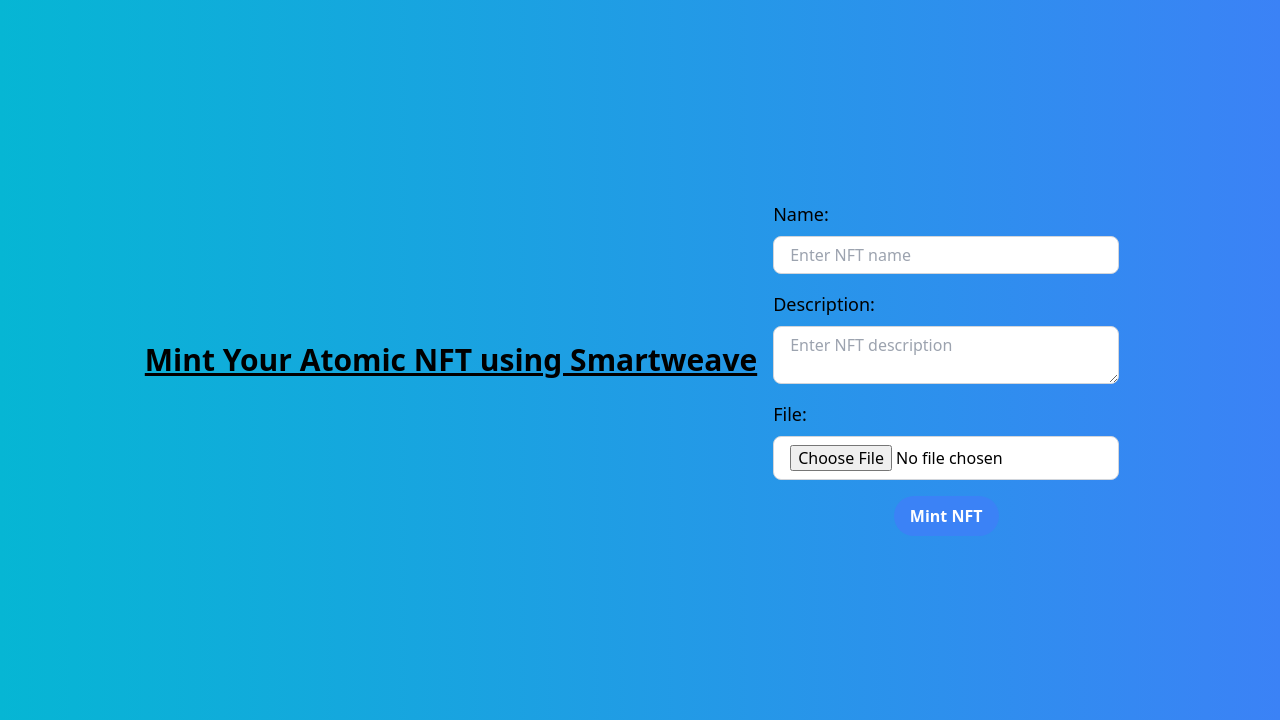
Repository: pawelpiwowarski/arweave-nft
Page: /
These files come from the project's save history. The page is drawn as it stood at one moment and after the next save; the edit follows.
The browser window is 1280 px wide. The pictures show the whole page.
The project was rebuilt for these pictures with package versions that can differ from the ones it lists, and the page was loaded fresh each time. The framework's server and built-in components were replaced by stand-ins that run in the browser.

Above is the page before, as saved 2023-01-30 14:53:47.

### pages/_app.tsx
import '../styles/globals.css'

function MyApp({ Component, pageProps }) {
    return <Component {...pageProps} />
    }

export default MyApp

### pages/index.tsx
import { useState } from "react";
import connectToContract from '../configureWarpClient'
import {mintAtomicNFT} from '/Users/pawelpiwowarski/Arweave/arwaeve-nft/contracts/tools/mintatomicnft'
import FormData from "form-data";

function HomePage() {

const [name, setName] = useState<string | null>(null);
const [respoonse, setResponse] = useState<string | null>(null);
const [description, setDescription] = useState<string | null>(null);




  async function handleSubmision(event: any) {
    const file = document.getElementById('file') as HTMLInputElement;

    // prevent fromm re
    event.preventDefault();
    const {address} = await connectToContract();
    console.log(file.files[0])
    const formData = new FormData() as any;
    formData.append('address', address);
    formData.append('blob', file.files[0]);
    formData.append('name', name);
    formData.append('description', description);

    const respoonse  = await fetch('http://localhost:3000/api/mint', { method: 'POST', body: formData });


    const {tx} = await respoonse.json();
    setResponse(tx);


  }
  async function handleFile() {

    console.log('file selected');



  }




  return (

       //centered div and apply nice background color
    <div className="bg-gradient-to-r from-cyan-500 to-blue-500 flex justify-center items-center h-screen bg-gray-100">


      <h1 className="text-3xl font-bold underline" >Mint Your Atomic NFT using Smartweave </h1>
      <form>
  <div className="flex flex-col m-4">
    <label className="text-lg font-medium mb-2" >Name:</label>
    <input className="bg-white focus:outline-none focus:shadow-outline-blue border border-gray-300 rounded-lg py-2 px-4 block w-full leading-5"
     type="text" id="name" name="name" placeholder="Enter NFT name" onChange= {(e)=> {

      setName(e.target.value);

     }}required/>
  </div>

  <div className="flex flex-col m-4">
    <label className="text-lg font-medium mb-2" >Description:</label>
    <textarea className="bg-white focus:outline-none focus:shadow-outline-blue border border-gray-300 rounded-lg py-2 px-4 block w-full leading-5"
    id="description" name="description" placeholder="Enter NFT description" onChange = {(e)=> {

        setDescription(e.target.value);

    }}required></textarea>
  </div>

  <div className="flex flex-col m-4">
    <label className="text-lg font-medium mb-2" >File:</label>
    <input className="bg-white focus:outline-none focus:shadow-outline-blue border border-gray-300 rounded-lg py-2 px-4 block w-full leading-5"
     type="file" id="file" name="file" onChange={handleFile} placeholder="Select NFT file" required/>
  </div>

  <div className="flex justify-center">
    <button className="bg-blue-500 hover:bg-blue-700 text-white font-bold py-2 px-4 rounded-full"  onClick={handleSubmision}>

      Mint NFT
    </button>

  </div>
  {respoonse &&
  <div className="flex flex-col m-4">
    <p className="text-lg font-medium mb-2" > Your Atomic NFT has been sucessfully minted on the Arweave blockchain you can see by clicking on this link <a target="_blank" href={respoonse}> {respoonse}</a></p>
  </div>
}


</form>






    </div>

  );
}

export default HomePage;

### configureWarpClient.ts
import { WarpFactory } from "warp-contracts";


let warp;


async function connectToContract() {
  warp = WarpFactory.forMainnet();

  // obtain the signature from the user who is using ArConnect wallet

  await window.arweaveWallet.connect([
    "ACCESS_ADDRESS",
    "SIGN_TRANSACTION",
    "SIGNATURE",
  ]);

  const address = await window.arweaveWallet.getActiveAddress();
  return { address };
}

export default connectToContract;

Loaded but not shown: styles/globals.css (common file); tailwind.config.js (common file)

After the next save:
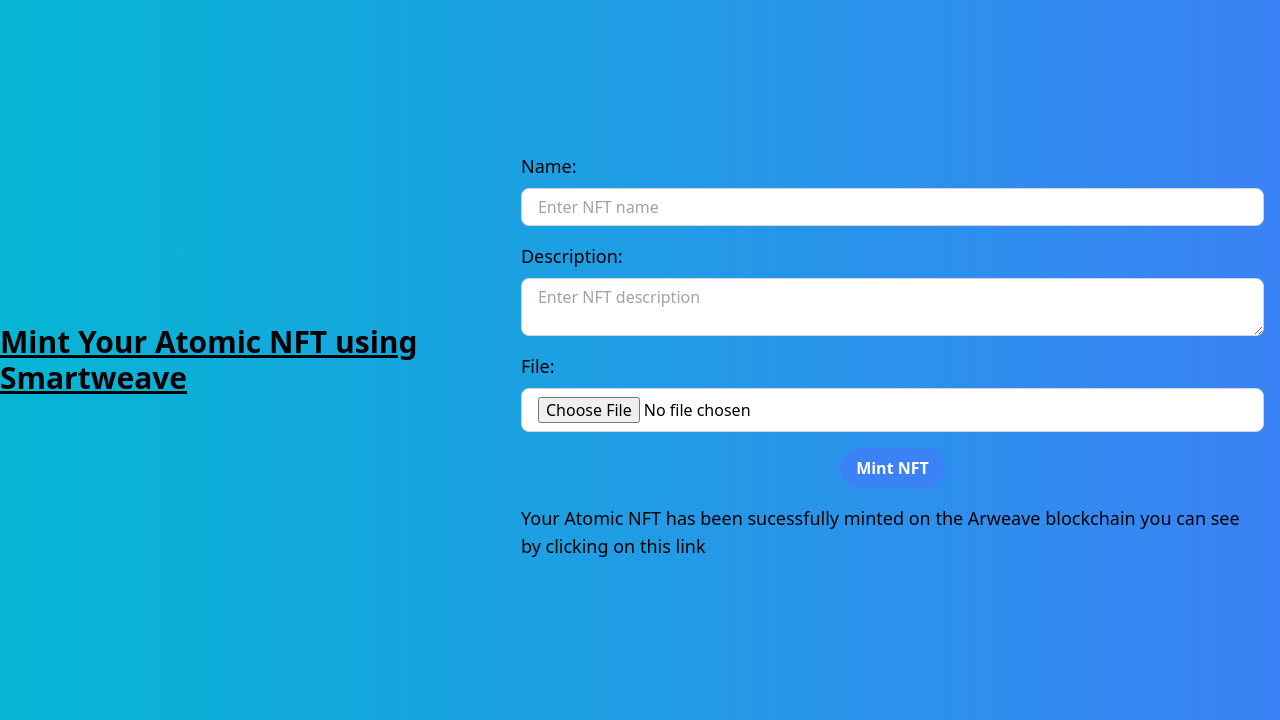
Saved 4 s later.
--- a/pages/index.tsx
+++ b/pages/index.tsx
@@ -85,7 +85,7 @@
     </button>
 
   </div>
-  {respoonse &&
+  {
   <div className="flex flex-col m-4">
     <p className="text-lg font-medium mb-2" > Your Atomic NFT has been sucessfully minted on the Arweave blockchain you can see by clicking on this link <a target="_blank" href={respoonse}> {respoonse}</a></p>
   </div>

After the save that followed:
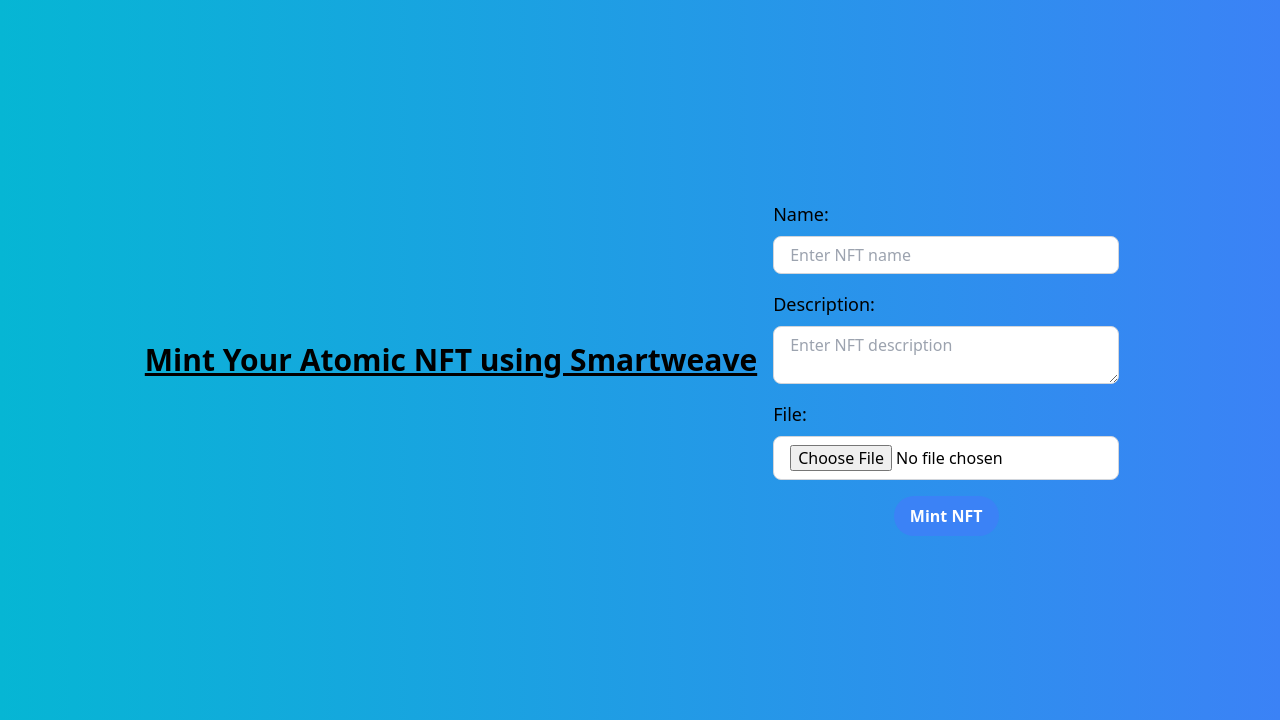
Saved 14 s later.
--- a/pages/index.tsx
+++ b/pages/index.tsx
@@ -85,7 +85,7 @@
     </button>
 
   </div>
-  {
+  {respoonse &&
   <div className="flex flex-col m-4">
     <p className="text-lg font-medium mb-2" > Your Atomic NFT has been sucessfully minted on the Arweave blockchain you can see by clicking on this link <a target="_blank" href={respoonse}> {respoonse}</a></p>
   </div>
